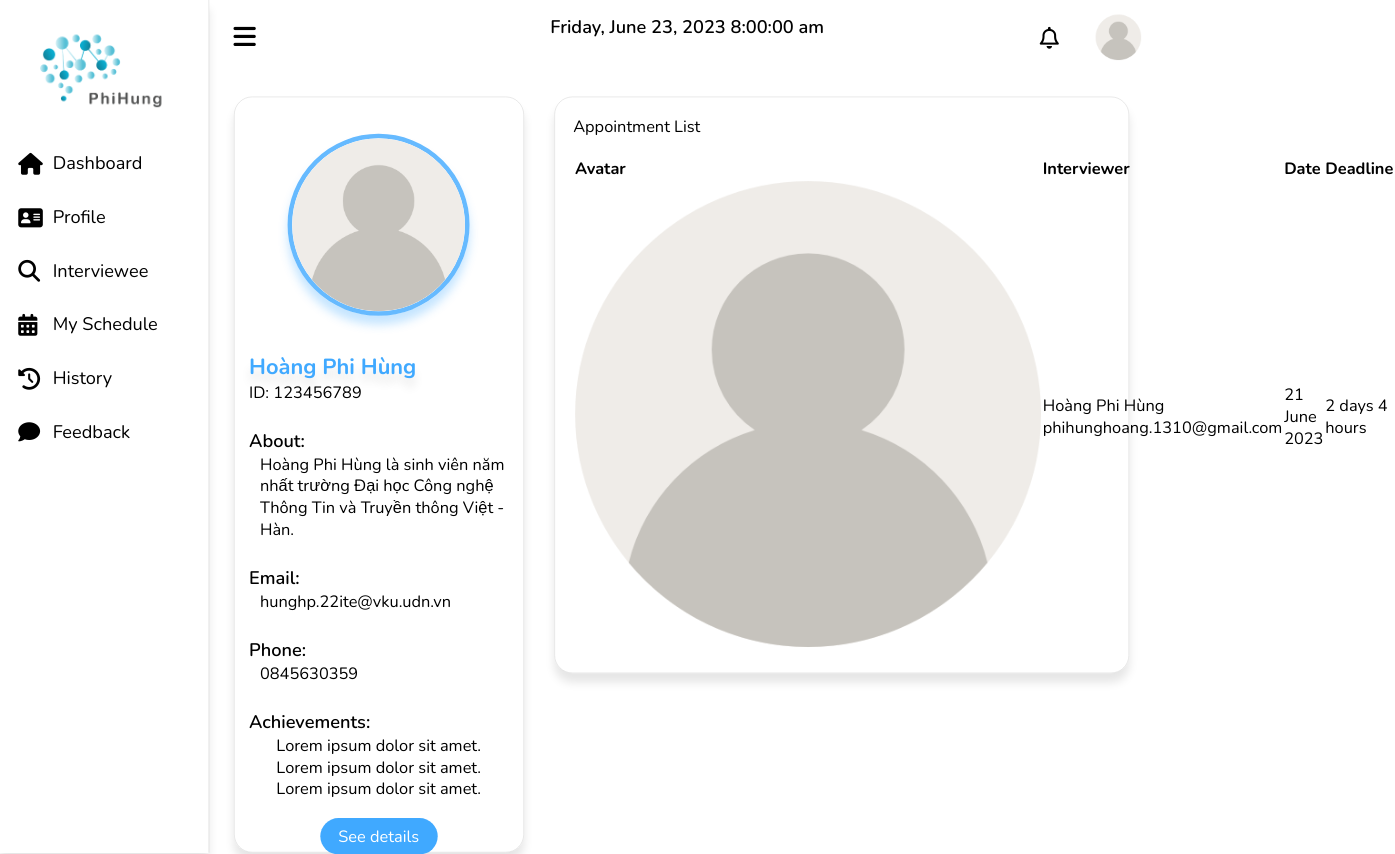
Repository: hphihungit/InterviewService
Page: interviewee.html
The author's editor kept a copy of each file at every save. The page is drawn from the files as they stood at one save, then again after the next save.
The browser window is 1280 px wide. The page is 1533 px wide, so the pictures cover 1533 px, including what lies to the right of the window. The pictures show the whole page, at 91% of full size.

Above is the page before, as saved 2023-06-01 00:57:51.

After the next save:
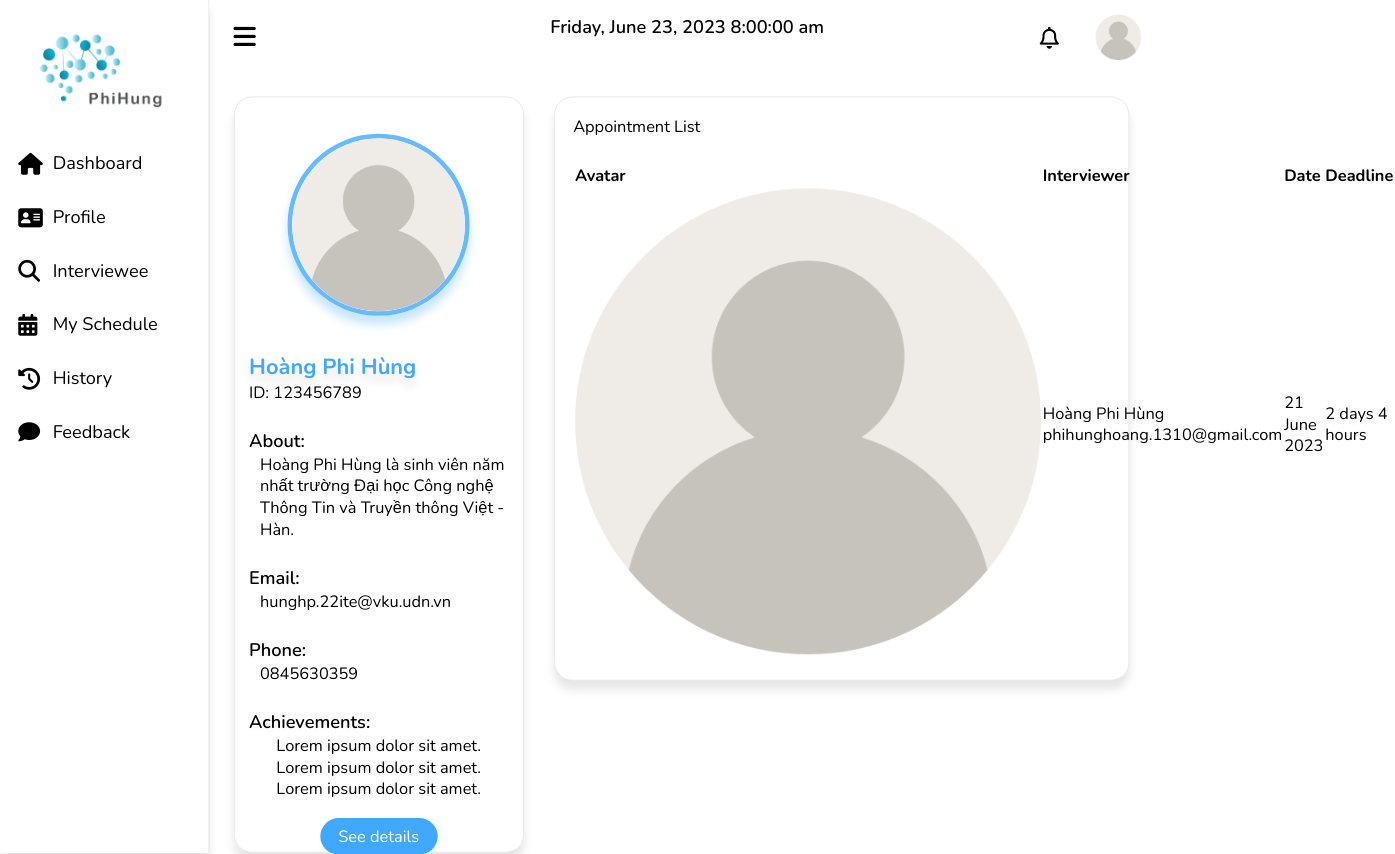
Saved 4 s later.
--- a/assets/css/interviewee.css
+++ b/assets/css/interviewee.css
@@ -212,7 +212,7 @@
 
 table {
     width: 100%;
-    margin-top: 20px;
+    margin-top: 28px;
 }
 
 th {
